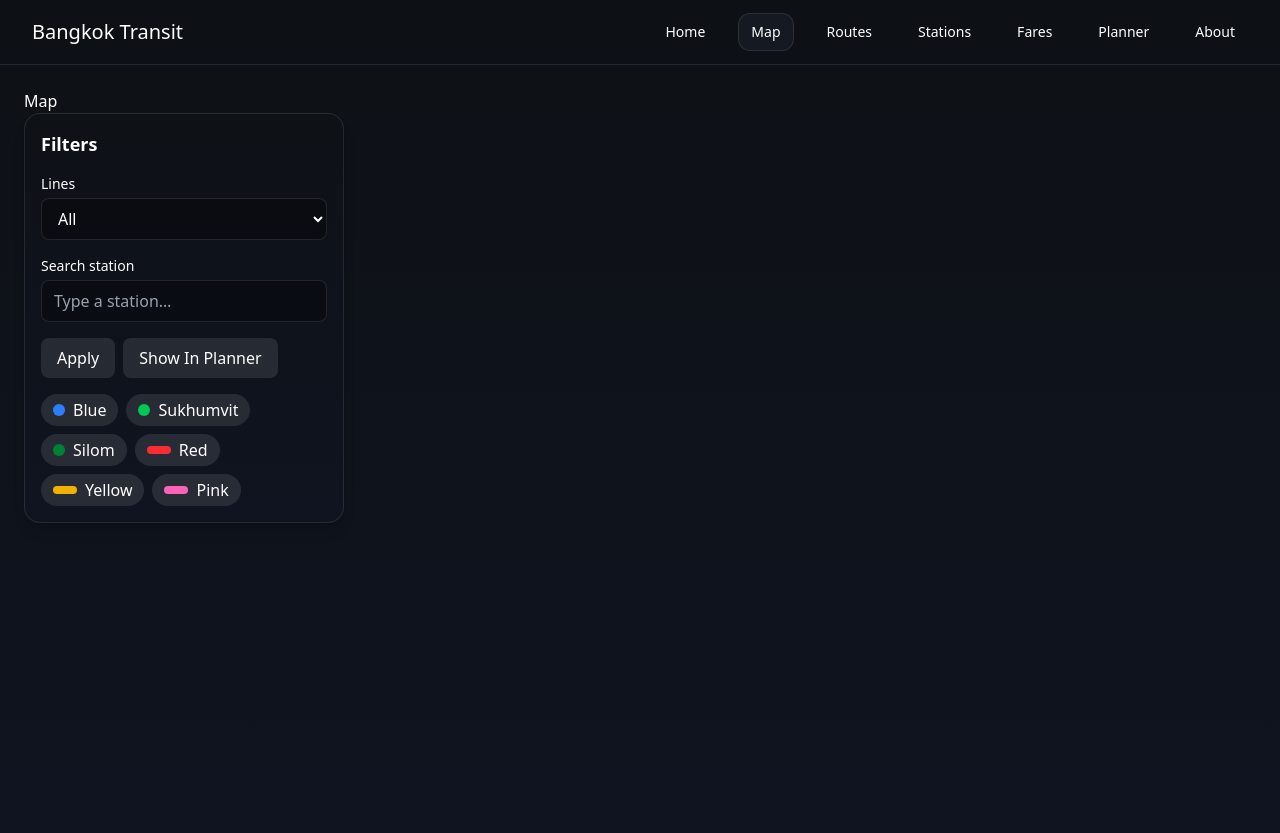
Repository: pyaestk/Bangkok-transit-map
Page: /map
These files come from the project's save history. The page is drawn as it stood at one moment and after the next save; the edit follows.
The browser window is 1280 px wide. The pictures show the whole page.
The project was rebuilt for these pictures with package versions that can differ from the ones it lists, and the page was loaded fresh each time. Also part of the build but not shown: vite.config.ts, src/pages/Home.tsx, src/pages/Planner.tsx, src/pages/Stations.tsx, src/pages/TrainRoutes.tsx, src/pages/Fares.tsx, src/pages/About.tsx.

Above is the page before, as saved 2025-10-04 09:56:03.

### index.html
<!doctype html>
<html lang="en">
  <head>
    <meta charset="UTF-8" />
    <link rel="icon" type="image/svg+xml" href="/vite.svg" />
    <meta name="viewport" content="width=device-width, initial-scale=1.0" />
    <title>bangkok-transit-map</title>
  </head>
  <body>
    <div id="root"></div>
    <script type="module" src="/src/main.tsx"></script>
  </body>
</html>

### src/main.tsx
import { StrictMode } from 'react'
import { createRoot } from 'react-dom/client'
import './index.css'
import App from './App.tsx'
import { BrowserRouter as Router } from 'react-router'

createRoot(document.getElementById('root')!).render(
  <StrictMode>
    <Router>
      <App />
    </Router>
  </StrictMode>,
)

### src/App.tsx
import "./App.css";
import NavBar from "./component/NavBar";
import { Routes, Route } from "react-router-dom";
import Home from "./pages/Home";
import Map from "./pages/Map";
import Planner from "./pages/Planner";
import Stations from "./pages/Stations";
import TrainRoutes from "./pages/TrainRoutes";
import Fares from "./pages/Fares";
import About from "./pages/About";


function App() {
  return (
    <div className="min-h-screen flex flex-col">
      {/* Navbar at the top */}
      <NavBar />

      {/* Main content area */}
      <main className="flex-1 p-6 bg-[linear-gradient(180deg,rgba(14,17,22,1)_0%,rgba(15,20,32,1)_100%)]">
        <Routes>
          <Route
            path="/"
            element={ <Home/> }
          />
          <Route
            path="/map"
            element={ <Map/> }
          />
          <Route
            path="/planner"
            element={ <Planner/>}
          />
          <Route
            path="/routes"
            element={<TrainRoutes/>}
          />
          <Route
            path="/stations"
            element={<Stations/>}
          />
          <Route
            path="/fares"
            element={<Fares/>}
          />
          <Route
            path="/about"
            element={<About/>}
          />
        </Routes>
      </main>
    </div>
  );
}

export default App;

### src/App.css
@import "tailwindcss";

:root {
  background: linear-gradient(180deg, rgba(14,17,22,1) 0%, rgba(15,20,32,1) 100%);
}

### src/component/NavBar.tsx
import { NavLink } from "react-router-dom";
import { useState } from "react";

function NavBar() {
  const [open, setOpen] = useState(false);

  const baseClasses =
    "px-3 py-2 rounded-xl text-sm border border-transparent block text-center";
  const inactiveClasses = "text-white transition-colors";
  const activeClasses = "bg-[#151922] border rounded-[10px] text-white border-white/10";

  const links = [
    { to: "/", label: "Home" },
    { to: "/map", label: "Map" },
    { to: "/routes", label: "Routes" },
    { to: "/stations", label: "Stations" },
    { to: "/fares", label: "Fares" },
    { to: "/planner", label: "Planner" },
    { to: "/about", label: "About" },
  ];

  return (
    <nav className="sticky top-0 z-50 bg-[#0e1116cc] border-b border-[#232838] backdrop-blur-[5px] backdrop-brightness-[100%] [-webkit-backdrop-filter:blur(5px)_brightness(100%)]">
      <div className="max-w-7xl mx-auto px-4 sm:px-6 lg:px-8">
        <div className="flex items-center justify-between h-16">
          {/* Left side (Logo / Brand) */}
          <div className="flex-shrink-0 text-white text-xl">
            Bangkok Transit
          </div>

          {/* Desktop links */}
          <div className="hidden md:flex space-x-5">
            {links.map((l) => (
              <NavLink
                key={l.to}
                to={l.to}
                className={({ isActive }) =>
                  `${baseClasses} ${isActive ? activeClasses : inactiveClasses}`
                }
              >
                {l.label}
              </NavLink>
            ))}
          </div>

          {/* Mobile hamburger button */}
          <div className="md:hidden">
            <button
              aria-label="Toggle menu"
              onClick={() => setOpen((s) => !s)}
              className="inline-flex items-center justify-center p-2 rounded-md text-white hover:bg-white/5 focus:outline-none focus:ring-2 focus:ring-white"
            >
              <span className="sr-only">Open main menu</span>
              {/* Hamburger / X icon */}
              <svg
                className={`h-6 w-6 ${open ? "hidden" : "block"}`}
                xmlns="http://www.w3.org/2000/svg"
                fill="none"
                viewBox="0 0 24 24"
                strokeWidth={2}
                stroke="currentColor"
                aria-hidden="true"
              >
                <path
                  strokeLinecap="round"
                  strokeLinejoin="round"
                  d="M3 6h18M3 12h18M3 18h18"
                />
              </svg>
              <svg
                className={`h-6 w-6 ${open ? "block" : "hidden"}`}
                xmlns="http://www.w3.org/2000/svg"
                fill="none"
                viewBox="0 0 24 24"
                strokeWidth={2}
                stroke="currentColor"
                aria-hidden="true"
              >
                <path
                  strokeLinecap="round"
                  strokeLinejoin="round"
                  d="M6 18L18 6M6 6l12 12"
                />
              </svg>
            </button>
          </div>
        </div>
      </div>

      {/* Mobile menu, shown when open is true */}
      <div className={`md:hidden ${open ? "block" : "hidden"} `}>
        <div className="px-2 pt-2 pb-3 space-y-1">
          {links.map((l) => (
            <NavLink
              key={l.to}
              to={l.to}
              onClick={() => setOpen(false)}
              className={({ isActive }) =>
                `${baseClasses} ${isActive ? activeClasses : inactiveClasses}`
              }
            >
              {l.label}
            </NavLink>
          ))}
        </div>
      </div>
    </nav>
  );
}

export default NavBar;

### src/pages/Map.tsx
import FiltersCard from "../component/FiltersCard";

export default function Map() {
  return (
    <div className="min-h-screen">
      <h1 className="text-white">Map</h1>
      <FiltersCard/>
    </div>
  )
}

### src/component/FiltersCard.tsx
export default function FiltersCard() {
  return (
    <div className="p-4 rounded-2xl bg-[linear-gradient(180deg,rgba(14,17,22,1)_0%,rgba(15,20,32,1)_100%)] border border-white/10 shadow-lg w-80 text-white">
      <h2 className="text-lg font-bold mb-4">Filters</h2>

      {/* Lines */}
      <label className="block text-sm mb-1">Lines</label>
      <select className="w-full px-3 py-2 rounded-lg bg-black/30 border border-white/10 focus:outline-none">
        <option>All</option>
        <option>Blue</option>
        <option>Red</option>
        <option>Yellow</option>
      </select>

      {/* Search station */}
      <label className="block text-sm mt-4 mb-1">Search station</label>
      <input
        type="text"
        placeholder="Type a station…"
        className="w-full px-3 py-2 rounded-lg bg-black/30 border border-white/10 placeholder-gray-400 focus:outline-none"
      />

      {/* Buttons */}
      <div className="flex space-x-2 mt-4">
        <button className="px-4 py-2 rounded-lg bg-white/10 hover:bg-white/20">Apply</button>
        <button className="px-4 py-2 rounded-lg bg-white/10 hover:bg-white/20">Show In Planner</button>
      </div>

      {/* Line Pills */}
      <div className="flex flex-wrap gap-2 mt-4">
        <span className="flex items-center px-3 py-1 rounded-full bg-white/10">
          <span className="w-3 h-3 rounded-full bg-blue-500 mr-2"></span>
          Blue
        </span>
        <span className="flex items-center px-3 py-1 rounded-full bg-white/10">
          <span className="w-3 h-3 rounded-full bg-green-500 mr-2"></span>
          Sukhumvit
        </span>
        <span className="flex items-center px-3 py-1 rounded-full bg-white/10">
          <span className="w-3 h-3 rounded-full bg-green-700 mr-2"></span>
          Silom
        </span>
        <span className="flex items-center px-3 py-1 rounded-full bg-white/10">
            <span className="flex items-center px-3 py-1 rounded-full bg-red-500 mr-2"></span> Red
        </span>
        <span className="flex items-center px-3 py-1 rounded-full bg-white/10">
            <span className="flex items-center px-3 py-1 rounded-full bg-yellow-500 mr-2"></span> Yellow
        </span>
        <span className="flex items-center px-3 py-1 rounded-full bg-white/10">
            <span className="flex items-center px-3 py-1 rounded-full bg-pink-400 mr-2"></span> Pink
        </span>
      </div>
    </div>
  )
}

Loaded but not shown: src/index.css (common file)

After the next save:
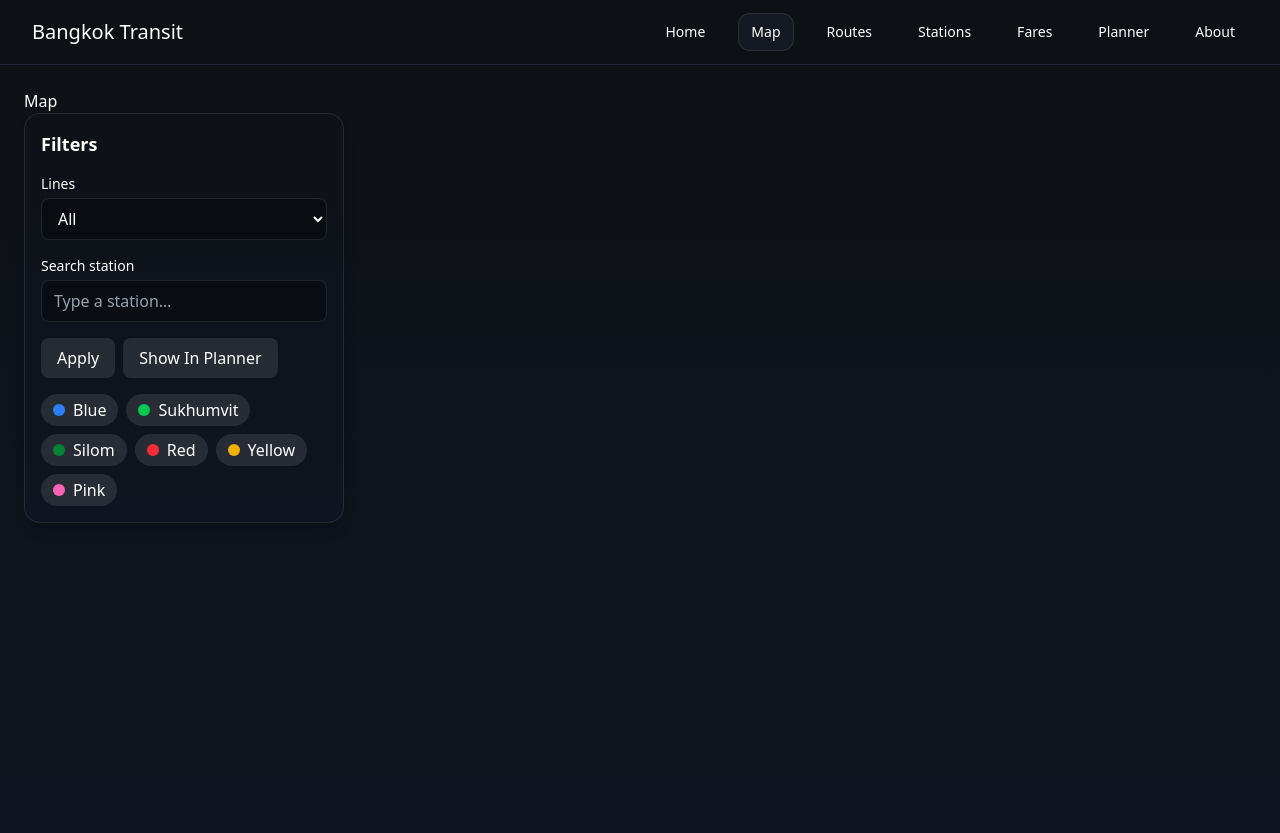
Saved 24 s later.
--- a/src/component/FiltersCard.tsx
+++ b/src/component/FiltersCard.tsx
@@ -41,13 +41,13 @@ export default function FiltersCard() {
           Silom
         </span>
         <span className="flex items-center px-3 py-1 rounded-full bg-white/10">
-            <span className="flex items-center px-3 py-1 rounded-full bg-red-500 mr-2"></span> Red
+            <span className="w-3 h-3 rounded-full bg-red-500 mr-2"></span> Red
         </span>
         <span className="flex items-center px-3 py-1 rounded-full bg-white/10">
-            <span className="flex items-center px-3 py-1 rounded-full bg-yellow-500 mr-2"></span> Yellow
+            <span className="w-3 h-3 rounded-full bg-yellow-500 mr-2"></span> Yellow
         </span>
         <span className="flex items-center px-3 py-1 rounded-full bg-white/10">
-            <span className="flex items-center px-3 py-1 rounded-full bg-pink-400 mr-2"></span> Pink
+            <span className="w-3 h-3 rounded-full bg-pink-400 mr-2"></span> Pink
         </span>
       </div>
     </div>
